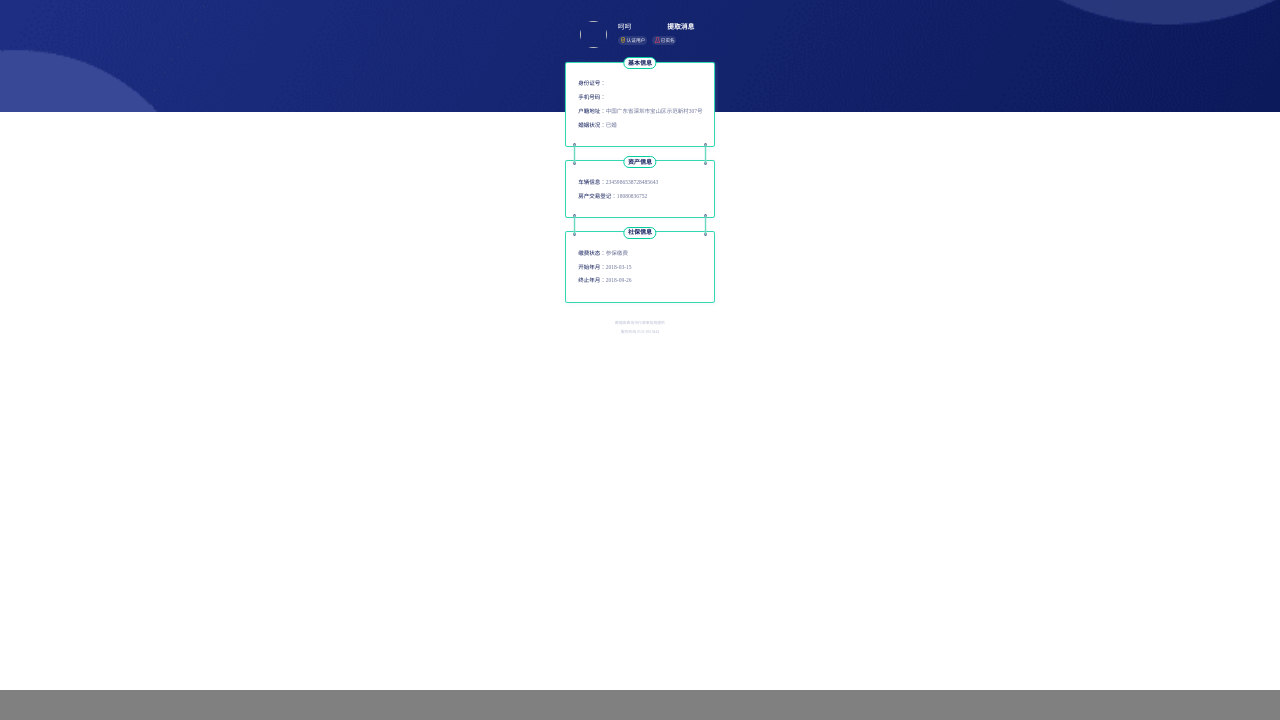
Repository: zlpstart/qingdao-new
Page: /Record
These files come from the project's save history. The page is drawn as it stood at one moment and after the next save; the edit follows.
The browser window is 1280 px wide. The pictures show the whole page.
The page's requests for data from a server got no answer. Some web fonts or font styles are not loaded; a fallback is used. The project was rebuilt for these pictures with package versions that can differ from the ones it lists, and the page was loaded fresh each time. No one was signed in, and anything a server would have sent is missing. Also part of the build but not shown: src/components/MySpace.vue, src/components/Home.vue, src/components/Enterprise.vue, src/components/Opinion.vue, src/components/Opinion2.vue, src/components/Car.vue, src/components/House.vue, src/components/License.vue and 5 more.

Above is the page before, as saved 2019-09-22 16:23:45.

### public/index.html
<!DOCTYPE html>
<html lang="en">
  <head>
    <meta charset="utf-8">
    <meta http-equiv="X-UA-Compatible" content="IE=edge">
    <meta name="viewport" content="width=device-width,initial-scale=1.0">
    <link rel="icon" href="<%= BASE_URL %>favicon.ico">
    <title></title>
  </head>
  <body>
    <noscript>
      <strong>We're sorry but zlp doesn't work properly without JavaScript enabled. Please enable it to continue.</strong>
    </noscript>
    <div id="app"></div>
    <!-- built files will be auto injected -->
  </body>
</html>

### src/App.vue
<template>
  <div id="app">
    <router-view></router-view>
  </div>
</template>

<script>
export default {
  data(){
    return {

    }
  },
}
</script>


<style>
* {
  padding: 0;
  margin:0;
}
  @font-face {
    font-family:'avenir';
    src:url('./assets/NotoSansHans-Medium.otf')
  }
  h1,h2,h3,h4,h5,h6,span,b,i,li,p {
    font-family: avenir
  }
</style>

### src/store/index.js
import Vue from 'vue'
import Vuex from 'vuex'
import user from './modules/user'

Vue.use(Vuex)

export default new Vuex.Store({
    modules:{
        user
    }
})

### src/components/Record.vue
<template>
  <div>
    <!-- 个人档案 -->
    <div class="Record" v-if="!show">
      <TopBar></TopBar>
      <div class="header">
        <div class="header_wrap">
          <div class="header_left">
            <img :src="allUser.imgAddr" />
          </div>
          <div class="header_right">
            <div class="header_right_p">
              <p>{{allUser.realName}}</p>
            </div>
            <div class="header_right_span">
              <span>
                <img src="../assets/认证.png" alt />
                认证用户
              </span>
              <span>
                <img src="../assets/实名.png" alt />
                已实名
              </span>
            </div>
          </div>
        </div>
      </div>
      <div class="Record_content_box">
        <div class="legal_content">
          <div class="legal_title">
            <h1>基本信息</h1>
          </div>
          <ul>
            <li>
              <b>身份证号：</b>
              {{allUser.idCode}}
            </li>
            <li>
              <b>手机号码：</b>
              {{allUser.mobile}}
            </li>
            <li>
              <b>户籍地址：</b>中国广东省深圳市宝山区示范新村307号
            </li>
            <li>
              <b>婚姻状况：</b>已婚
            </li>
          </ul>
        </div>
        <div class="legal_content">
          <div class="decorate">
            <div class="decorate_left"></div>
            <div class="decorate_right"></div>
          </div>
          <div class="legal_title">
            <h1>资产信息</h1>
          </div>
          <ul>
            <li>
              <b>车辆信息：</b>2345986538728485643
            </li>
            <li>
              <b>房产交易登记：</b>18080836752
            </li>
          </ul>
        </div>
        <div class="legal_content">
          <div class="decorate">
            <div class="decorate_left"></div>
            <div class="decorate_right"></div>
          </div>
          <div class="legal_title">
            <h1>社保信息</h1>
          </div>
          <ul>
            <li>
              <b>缴费状态：</b>参保缴费
            </li>
            <li>
              <b>开始年月：</b>2018-03-15
            </li>
            <li>
              <b>终止年月：</b>2018-09-26
            </li>
          </ul>
        </div>
        <div class="kong"></div>
        <div class="bottom">
          <span></span>
          <p>数据由青岛市行政审批局提供</p>
          <span></span>
          <p>服务热线 0531-8619444</p>
        </div>
      </div>
    </div>

    <!-- 企业档案 -->
    <div class="Record" v-if="show">
      <TopBar></TopBar>
      <div class="header">
        <div class="header_wrap">
          <div class="header_left">
            <img :src="allUser.imgAddr" />
          </div>
          <div class="header_right">
            <div class="header_right_p">
              <p>{{allUser.realName}}呵呵</p>
              <p @click="extract">提取消息</p>
            </div>
            <div class="header_right_span">
              <span>
                <img src="../assets/认证.png" alt />
                认证用户
              </span>
              <span>
                <img src="../assets/实名.png" alt />
                已实名
              </span>
            </div>
          </div>
        </div>
      </div>
      <div class="Record_content_box">
        <div :class="{legal_content:changeClass,legal2_content:changeStyle}">
          <div class="legal_title">
            <h1>基本信息</h1>
          </div>
          <ul v-if="tiqu">
            <li>
              <b>身份证号：</b>
              {{allUser.idCode}}
            </li>
            <li>
              <b>手机号码：</b>
              {{allUser.mobile}}
            </li>
            <li>
              <b>户籍地址：</b>中国广东省深圳市宝山区示范新村307号
            </li>
            <li>
              <b>婚姻状况：</b>已婚
            </li>
          </ul>
          <div class="checkbox" v-if="changeStyle">
            <input type="checkbox" />
          </div>
        </div>
        <div :class="{legal_content:changeClass,legal2_content:changeStyle}">
          <div class="decorate">
            <div class="decorate_left"></div>
            <div class="decorate_right"></div>
          </div>
          <div class="legal_title">
            <h1>资产信息</h1>
          </div>
          <ul v-if="tiqu">
            <li>
              <b>车辆信息：</b>2345986538728485643
            </li>
            <li>
              <b>房产交易登记：</b>18080836752
            </li>
          </ul>
          <div class="checkbox" v-if="changeStyle">
            <input type="checkbox" />
          </div>
        </div>
        <div :class="{legal_content:changeClass,legal2_content:changeStyle}">
          <div class="decorate">
            <div class="decorate_left"></div>
            <div class="decorate_right"></div>
          </div>
          <div class="legal_title">
            <h1>社保信息</h1>
          </div>
          <ul v-if="tiqu">
            <li>
              <b>缴费状态：</b>参保缴费
            </li>
            <li>
              <b>开始年月：</b>2018-03-15
            </li>
            <li>
              <b>终止年月：</b>2018-09-26
            </li>
          </ul>
          <div class="checkbox" v-if="changeStyle">
            <input type="checkbox" />
          </div>
        </div>
        <div class="kong"></div>
        <div class="bottom" v-if="changeClass">
          <span></span>
          <p>数据由青岛市行政审批局提供</p>
          <span></span>
          <p>服务热线 0531-8619444</p>
        </div>
      </div>
    </div>
    <div class="footer">
      <div class="footer_btn1"></div>
      <div class="footer_btn2"></div>
      <div class="footer_btn3"></div>
      <div class="footer_btn4"></div>
    </div>
  </div>
</template>

<script>
import TopBar from "./TopBar";
import { mapGetters, mapActions } from "vuex";

export default {
  name: "Record",
  data() {
    return {
      tiqu: true,
      //正常样式
      changeClass: true,
      //点击样式
      changeStyle: false
    };
  },
  components: {
    TopBar
  },
  methods: {
    to() {
      this.$router.go(0);
    },
    ...mapActions(["getUsers"]),
    extract() {
      // if (this.tiqu == true) {
      //     this.tiqu = false
      // }else {
      //     this.tiqu = true;
      // }
      // var legal = document.getElementsByClassName("legal_title");
      // var content = document.getElementsByClassName("legal_content");
      // var decorate = document.getElementsByClassName("decorate")
      // for(var i = 0 ; i < legal.length; i ++){
      //     if (legal[i].style.top < 1) {
      //         legal[i].style.top="1.3867rem"
      //         legal[i].style.transition = "all 1s"
      //         content[i].style.width = '7.5067rem'
      //         legal[i].style.width = "all 1s"
      //         content[i].style.left = ' -0.5667rem'
      //         legal[i].style.left = "all 1s"
      //         decorate[i].style.width = '7.4267rem'
      //         legal[i].style.width = "all 1s"
      //     }else if(legal[i].style.top > 1){
      //         legal[i].style.top="0.3867rem"
      //          content[i].style.width = 'none'
      //         content[i].style.transition = 'all 1s'
      //     }
      // }
      // console.log(legal[i].style.top)

      this.changeClass = !this.changeClass;
      this.changeStyle = !this.changeStyle;
      this.tiqu = !this.tiqu;
      console.log(this.changeClass);
    }
  },
  created() {
    this.getUsers();
  },
  computed: {
    ...mapGetters(["allUser", "show"])
  }
};
</script>

<style scoped>
* {
  padding: 0;
  margin: 0;
}
.Record {
  height: 100vh;
}
ul {
  list-style: none;
}
a {
  text-decoration: none;
}
body {
  background: #f7faff;
}
.logo {
  width: 100%;
  height: 0.3733rem;
  position: absolute;
  top: 1.0133rem;
}
.logo_left p {
  float: left;
}
.logo_left p:nth-child(1) {
  margin-left: 0.3867rem;
}
.logo_left p:nth-child(2) {
  margin-left: 0.32rem;
}
.logo_left img {
  width: 0.4rem;
  height: 0.4rem;
}
.logo a {
  color: white;
}
.logo_title {
  width: 4.6333rem;
  margin: 0 auto;
  text-align: center;
}
.logo_title p {
  font-size: 0.4rem;
  font-weight: 500;
  color: rgba(255, 255, 255, 1);
}
.header {
  width: 100%;
  height: 1.7067rem;
  position: absolute;
  top: 1.32rem;
}
.header_wrap {
  width: 7.48rem;
  margin: 0 auto;
  padding: 0 0.72rem;
}
.header_left {
  width: 1.7067rem;
  height: 1.7067rem;
  float: left;
  border-radius: 1.7067rem;
  overflow: hidden;
}
.header_left img {
  width: 1.7067rem;
  height: 1.7067rem;
  background-size: 100%;
  overflow: hidden;
}
.header_right {
  width: 2.9rem;
  height: 1.3333rem;
  float: left;
  margin-left: 0.64rem;
}
.header_right_p {
  width: 5.6667rem;
  height: 0.7rem;
}
.header_right_p p {
  font-size: 0.4267rem;
  font-weight: 500;
  color: rgba(255, 255, 255, 1);
  float: left;
}
.header_right_span {
  width: 5.2667rem;
  margin-top: 0.2267rem;
  height: 0.5867rem;
}
.header_right_span img {
  width: 0.2933rem;
  height: 0.3333rem;
  margin-left: 0.0933rem;
}
.header_right_span span {
  padding: 0.0933rem 0.0933rem 0.0933rem 0.0933rem;
  border-radius: 0.32rem;
  background: rgba(255, 255, 255, 0.1);
  float: left;
  margin-left: 0.32rem;
  font-size: 0.2933rem;
  font-weight: 500;
  color: rgba(255, 255, 255, 1);
}
.header_right_span span:nth-child(1) {
  margin-left: 0;
}

.header_right_p p:nth-child(2) {
  width: 1.8533rem;
  font-size: 0.4267rem;
  font-family: PingFangSC;
  font-weight: 600;
  color: rgba(255, 255, 255, 1);
  float: left;
  margin-left: 2.24rem;
}

.decorate {
  width: 8.4267rem;
  padding: 0 0.4267rem;
  position: absolute;
  top: -1.16rem;
  left: 0;
}
.checkbox {
  position: absolute;
  right: -0.7667rem;
}
/* .checkbox input[type = 'checkbox'] {
    width: 30px;
    height: 30px;
    border-radius: 30px;
    background: red
} */
.checkbox input[type="checkbox"] {
  width: 20px;
  height: 20px;
  border: 1px solid #000;
  border-radius: 50%;
}
.decorate img {
  width: 100%;
  height: 100%;
}
.decorate_left {
  width: 0.24rem;
  background: url("../assets/连接.png") no-repeat center center;
  background-size: 100%;
  height: 1.36rem;
  float: left;
}
.decorate_right {
  width: 0.24rem;
  background: url("../assets/连接.png") no-repeat center center;
  height: 1.36rem;
  background-size: 100%;
  float: right;
}

.Record_content_box {
  width: 100%;
  position: absolute;
  top: 3.0267rem;
  left: 50%;
  transform: translate(-50%);
}
.kong {
  width: 100%;
  height: 1rem;
}
.bottom {
  width: 100%;
  height: 1.3333rem;
  line-height: 0.5667rem;
  text-align: center;
}
.bottom p {
  font-size: 0.24rem;
  font-weight: 400;
  color: #babfd4;
}
/* 更改前 */
.legal_content ul li {
  font-size: 0.3467rem;
  font-weight: 400;
  color: #6c7498;
}
.legal_content ul li b {
  font-size: 0.3467rem;
  font-weight: 400;
  color: rgba(11, 24, 86, 1);
}
.legal_content:nth-child(1).decorate {
  display: none;
}
.legal_content {
  width: 8.5067rem;
  background: rgba(255, 255, 255, 1);
  box-shadow: 0.0533rem 0.0533rem 0.2667rem 0rem rgba(173, 206, 255, 0.2);
  border-radius: 0.1333rem;
  border: 0.0133rem solid rgba(0, 206, 159, 0.8);
  margin: 0 auto;
  margin-top: 0.8267rem;
  position: relative;
  padding: 1.0133rem 0 1.0933rem 0.7733rem;
}
.legal_content li:nth-child(1) {
  margin-top: 0;
}
.legal_content li b {
  font-size: 0.3467rem;
  font-weight: 400;
  color: #0b1856;
}
.legal_content li {
  font-size: 0.3467rem;
  font-weight: 400;
  margin-top: 0.3733rem;
  color: rgba(11, 24, 86, 1);
}
.legal_title {
  padding: 0.1033rem 0.2333rem;
  height: 0.42rem;
  background: rgba(250, 252, 255, 1);
  border-radius: 0.36rem;
  border: 0.0267rem solid rgba(0, 206, 159, 1);
  margin: 0 auto;
  line-height: 0.42rem;
  text-align: center;
  position: absolute;
  top: 0.3867rem;
  left: 50%;
  margin-top: -0.36rem;
  transform: translate(-50%, -50%);
  transition: 1s all;
}
.legal_title h1 {
  font-size: 0.3733rem;
  font-family: PingFangSC-Medium;
  color: rgba(11, 24, 86, 1);
}
/* 更改后 */

.legal2_content ul li {
  font-size: 0.3467rem;
  font-weight: 400;
  color: #6c7498;
}
.legal2_content ul li b {
  font-size: 0.3467rem;
  font-weight: 400;
  color: rgba(11, 24, 86, 1);
}
.legal2_content:nth-child(1).decorate {
  display: none;
}
.legal2_content {
  width: 7.5067rem;
  background: rgba(255, 255, 255, 1);
  box-shadow: 0.0533rem 0.0533rem 0.2667rem 0rem rgba(173, 206, 255, 0.2);
  border-radius: 0.1333rem;
  border: 0.0133rem solid rgba(0, 206, 159, 0.8);
  margin: 0 auto;
  transition: 1s all;
  left: -0.5667rem;
  margin-top: 0.8267rem;
  position: relative;
  padding: 1.0133rem 0 1.0933rem 0.7733rem;
}
.legal2_content li:nth-child(1) {
  margin-top: 0;
}
.legal2_content li b {
  font-size: 0.3467rem;
  font-weight: 400;
  color: #0b1856;
}
.legal2_content li {
  font-size: 0.3467rem;
  font-weight: 400;
  margin-top: 0.3733rem;
  color: rgba(11, 24, 86, 1);
}
.legal2_content .legal_title h1 {
  font-size: 0.3733rem;
  font-family: PingFangSC-Medium;
  color: rgba(11, 24, 86, 1);
}
.legal2_content .legal_title {
  padding: 0.1033rem 0.2333rem;
  height: 0.42rem;
  background: rgba(250, 252, 255, 1);
  border-radius: 0.36rem;
  border: 0.0267rem solid rgba(0, 206, 159, 1);
  margin: 0 auto;
  line-height: 0.42rem;
  text-align: center;
  position: absolute;
  top: 1.3867rem;
  left: 50%;
  transition: 1s all;
  margin-top: -0.36rem;
  transform: translate(-50%, -50%);
}
.legal2_content .decorate {
  width: 7.4267rem;
}
.footer {
  width: 100%;
  height: 1.8667rem;
  position: absolute;
  bottom: 0;
  background: gray;
}
</style>

### src/components/TopBar.vue
<template>
    <div class="TopBar">

    </div>
</template>

<script>
export default {
    name:"TopBar",
    data(){
        return {

        }
    },
    methods:{

    },
}
</script>

<style scoped>
* {
    padding: 0;
    margin: 0;
}
ul {
    list-style: none;
}
a {
    text-decoration: none;
}
body {
    background: #F7FAFF;
}
.TopBar {
    width: 100%;
    height: 7.0267rem;
    background: url("../assets/topbackground.png")no-repeat center center;
    background-size:100%;
}

</style>

Loaded but not shown: src/plugins/axios.js (common file); src/store/modules/user.js (85 lines, source omitted); src/router.js (111 lines, source omitted); src/main.js (43 lines, source omitted)

After the next save:
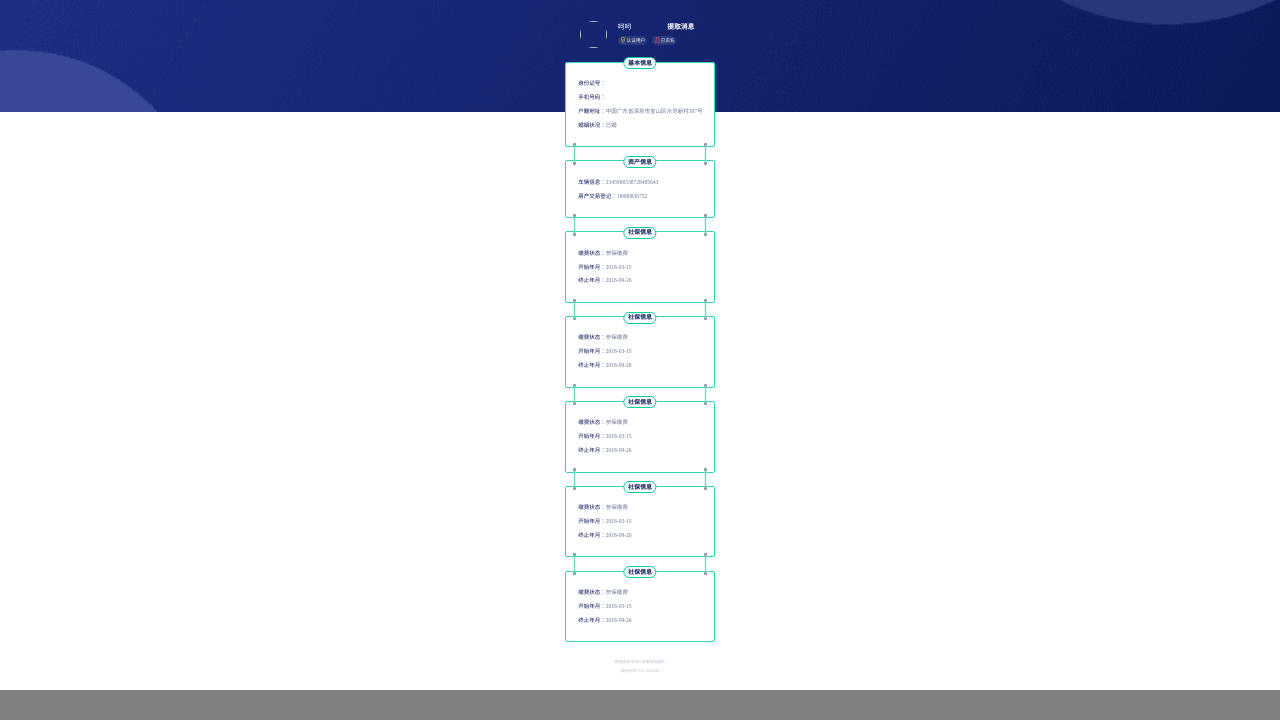
Saved 85 s later.
--- a/src/components/Record.vue
+++ b/src/components/Record.vue
@@ -166,6 +166,98 @@
           </div>
         </div>
         <div :class="{legal_content:changeClass,legal2_content:changeStyle}">
+          <div class="decorate">
+            <div class="decorate_left"></div>
+            <div class="decorate_right"></div>
+          </div>
+          <div class="legal_title">
+            <h1>社保信息</h1>
+          </div>
+          <ul v-if="tiqu">
+            <li>
+              <b>缴费状态：</b>参保缴费
+            </li>
+            <li>
+              <b>开始年月：</b>2018-03-15
+            </li>
+            <li>
+              <b>终止年月：</b>2018-09-26
+            </li>
+          </ul>
+          <div class="checkbox" v-if="changeStyle">
+            <input type="checkbox" />
+          </div>
+        </div>
+                <div :class="{legal_content:changeClass,legal2_content:changeStyle}">
+          <div class="decorate">
+            <div class="decorate_left"></div>
+            <div class="decorate_right"></div>
+          </div>
+          <div class="legal_title">
+            <h1>社保信息</h1>
+          </div>
+          <ul v-if="tiqu">
+            <li>
+              <b>缴费状态：</b>参保缴费
+            </li>
+            <li>
+              <b>开始年月：</b>2018-03-15
+            </li>
+            <li>
+              <b>终止年月：</b>2018-09-26
+            </li>
+          </ul>
+          <div class="checkbox" v-if="changeStyle">
+            <input type="checkbox" />
+          </div>
+        </div>
+                <div :class="{legal_content:changeClass,legal2_content:changeStyle}">
+          <div class="decorate">
+            <div class="decorate_left"></div>
+            <div class="decorate_right"></div>
+          </div>
+          <div class="legal_title">
+            <h1>社保信息</h1>
+          </div>
+          <ul v-if="tiqu">
+            <li>
+              <b>缴费状态：</b>参保缴费
+            </li>
+            <li>
+              <b>开始年月：</b>2018-03-15
+            </li>
+            <li>
+              <b>终止年月：</b>2018-09-26
+            </li>
+          </ul>
+          <div class="checkbox" v-if="changeStyle">
+            <input type="checkbox" />
+          </div>
+        </div>
+                <div :class="{legal_content:changeClass,legal2_content:changeStyle}">
+          <div class="decorate">
+            <div class="decorate_left"></div>
+            <div class="decorate_right"></div>
+          </div>
+          <div class="legal_title">
+            <h1>社保信息</h1>
+          </div>
+          <ul v-if="tiqu">
+            <li>
+              <b>缴费状态：</b>参保缴费
+            </li>
+            <li>
+              <b>开始年月：</b>2018-03-15
+            </li>
+            <li>
+              <b>终止年月：</b>2018-09-26
+            </li>
+          </ul>
+          <div class="checkbox" v-if="changeStyle">
+            <input type="checkbox" />
+          </div>
+        </div>
+                <div :class="{legal_content:changeClass,legal2_content:changeStyle}">
           <div class="decorate">
             <div class="decorate_left"></div>
             <div class="decorate_right"></div>

After the 3 saves that followed:
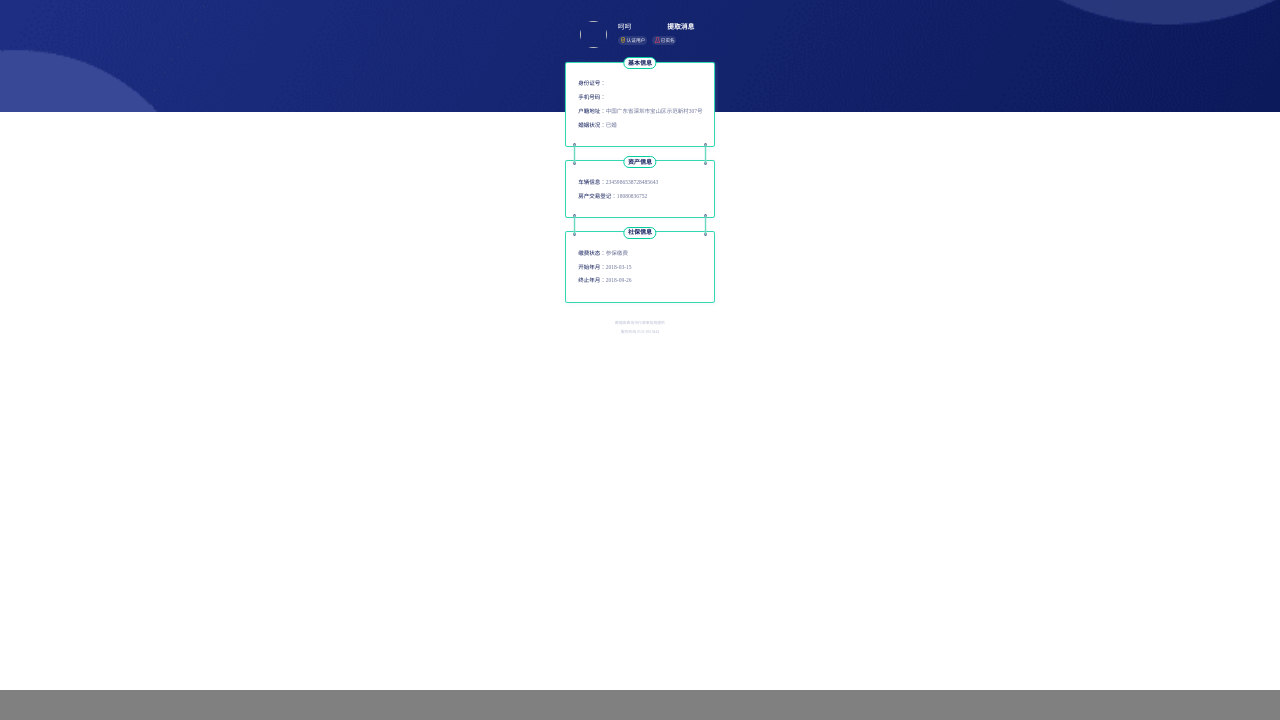
The 3 saves are shown as one change because they came seconds apart.
The last was saved 25 s later.
--- a/src/components/Record.vue
+++ b/src/components/Record.vue
@@ -166,98 +166,6 @@
           </div>
         </div>
         <div :class="{legal_content:changeClass,legal2_content:changeStyle}">
-          <div class="decorate">
-            <div class="decorate_left"></div>
-            <div class="decorate_right"></div>
-          </div>
-          <div class="legal_title">
-            <h1>社保信息</h1>
-          </div>
-          <ul v-if="tiqu">
-            <li>
-              <b>缴费状态：</b>参保缴费
-            </li>
-            <li>
-              <b>开始年月：</b>2018-03-15
-            </li>
-            <li>
-              <b>终止年月：</b>2018-09-26
-            </li>
-          </ul>
-          <div class="checkbox" v-if="changeStyle">
-            <input type="checkbox" />
-          </div>
-        </div>
-                <div :class="{legal_content:changeClass,legal2_content:changeStyle}">
-          <div class="decorate">
-            <div class="decorate_left"></div>
-            <div class="decorate_right"></div>
-          </div>
-          <div class="legal_title">
-            <h1>社保信息</h1>
-          </div>
-          <ul v-if="tiqu">
-            <li>
-              <b>缴费状态：</b>参保缴费
-            </li>
-            <li>
-              <b>开始年月：</b>2018-03-15
-            </li>
-            <li>
-              <b>终止年月：</b>2018-09-26
-            </li>
-          </ul>
-          <div class="checkbox" v-if="changeStyle">
-            <input type="checkbox" />
-          </div>
-        </div>
-                <div :class="{legal_content:changeClass,legal2_content:changeStyle}">
-          <div class="decorate">
-            <div class="decorate_left"></div>
-            <div class="decorate_right"></div>
-          </div>
-          <div class="legal_title">
-            <h1>社保信息</h1>
-          </div>
-          <ul v-if="tiqu">
-            <li>
-              <b>缴费状态：</b>参保缴费
-            </li>
-            <li>
-              <b>开始年月：</b>2018-03-15
-            </li>
-            <li>
-              <b>终止年月：</b>2018-09-26
-            </li>
-          </ul>
-          <div class="checkbox" v-if="changeStyle">
-            <input type="checkbox" />
-          </div>
-        </div>
-                <div :class="{legal_content:changeClass,legal2_content:changeStyle}">
-          <div class="decorate">
-            <div class="decorate_left"></div>
-            <div class="decorate_right"></div>
-          </div>
-          <div class="legal_title">
-            <h1>社保信息</h1>
-          </div>
-          <ul v-if="tiqu">
-            <li>
-              <b>缴费状态：</b>参保缴费
-            </li>
-            <li>
-              <b>开始年月：</b>2018-03-15
-            </li>
-            <li>
-              <b>终止年月：</b>2018-09-26
-            </li>
-          </ul>
-          <div class="checkbox" v-if="changeStyle">
-            <input type="checkbox" />
-          </div>
-        </div>
-                <div :class="{legal_content:changeClass,legal2_content:changeStyle}">
           <div class="decorate">
             <div class="decorate_left"></div>
             <div class="decorate_right"></div>
@@ -679,7 +587,7 @@ body {
 .footer {
   width: 100%;
   height: 1.8667rem;
-  position: absolute;
+  position: fixed;
   bottom: 0;
   background: gray;
 }
